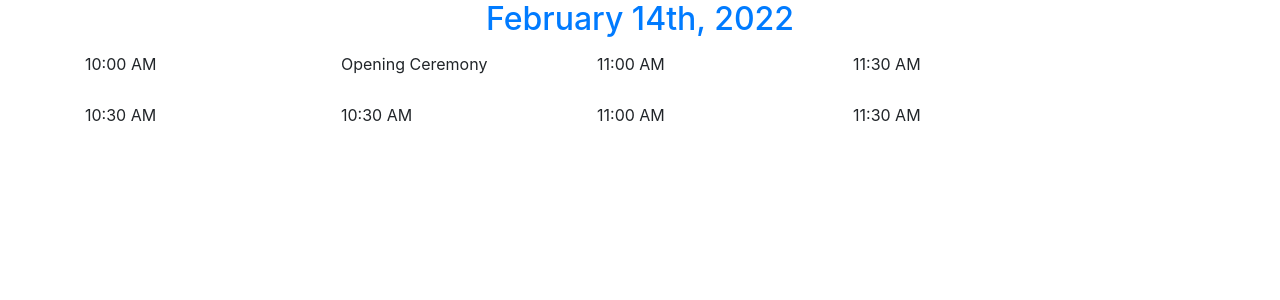
Repository: BaileyLuu/yuHacks2022
Page: public/schedule.html
The author's editor kept a copy of each file at every save. The page is drawn from the files as they stood at one save, then again after the next save.
The browser window is 1280 px wide. The pictures show the whole page.
Some web libraries are served in a nearby version.

Above is the page before, as saved 2021-11-20 12:39:21.

### public/schedule.html
<!DOCTYPE html>
<html lang="en">

<head>
    <meta charset="UTF-8">
    <meta http-equiv="X-UA-Compatible" content="IE=edge">
    <meta name="viewport" content="width=device-width, initial-scale=1.0">

    <script src="https://ajax.googleapis.com/ajax/libs/jquery/3.5.1/jquery.min.js"></script>

    <!-- Popper JS -->
    <script src="https://cdnjs.cloudflare.com/ajax/libs/popper.js/1.12.9/umd/popper.min.js"
        integrity="sha384-ApNbgh9B+Y1QKtv3Rn7W3mgPxhU9K/ScQsAP7hUibX39j7fakFPskvXusvfa0b4Q"
        crossorigin="anonymous"></script>

    <!-- Latest compiled JavaScript -->
    <script src="https://maxcdn.bootstrapcdn.com/bootstrap/4.0.0/js/bootstrap.min.js"
        integrity="sha384-JZR6Spejh4U02d8jOt6vLEHfe/JQGiRRSQQxSfFWpi1MquVdAyjUar5+76PVCmYl"
        crossorigin="anonymous"></script>

    <!-- Latest compiled and minified CSS -->
    <link rel="stylesheet" href="https://maxcdn.bootstrapcdn.com/bootstrap/4.0.0/css/bootstrap.min.css"
        integrity="sha384-Gn5384xqQ1aoWXA+058RXPxPg6fy4IWvTNh0E263XmFcJlSAwiGgFAW/dAiS6JXm" crossorigin="anonymous">

    <!-- AOS CSS Library CDN -->
    <link href="https://unpkg.com/aos@2.3.1/dist/aos.css" rel="stylesheet">
    <!-- Bootstrap Icons -->
    <link rel="stylesheet" href="https://cdn.jsdelivr.net/npm/bootstrap-icons@1.7.0/font/bootstrap-icons.css">



    <script src="https://code.jquery.com/jquery-3.2.1.slim.min.js"
        integrity="sha384-KJ3o2DKtIkvYIK3UENzmM7KCkRr/rE9/Qpg6aAZGJwFDMVNA/GpGFF93hXpG5KkN"
        crossorigin="anonymous"></script>
    <link rel="stylesheet" href="./schedule.css">
    <script src="schedule.js"></script>
    <script src="https://ajax.googleapis.com/ajax/libs/jquery/3.3.1/jquery.min.js"></script>
    <title>yuHacks Schedule</title>
</head>

<body>
    <section class="">
        <div class="container">
            <h2 class="text-primary title text-center">February 14th, 2022</h1>

                <!-- <div class="row row-cols-2">
          <div class="col">Column</div>
          <div class="col">Column</div>
          <div class="col">Column</div>
          <div class="col">Column</div>
          <div class="col">Column</div>
          <div class="col">Column</div>

        </div>
        <div class="row row-cols-2">
            <div class="col">Column</div>
            <div class="col">Column</div>
            <div class="col">Column</div>
            <div class="col">Column</div>
            <div class="col">Column</div>
            <div class="col">Column</div>

          </div> -->
                <div class="schedule-table">



                    <div class="box schedule-time">
                        <div class="schedule-time">10:00 AM</div>
                        <div class="schedule-time">Opening Ceremony</div>
                        <div class="schedule-time">11:00 AM</div>
                        <div class="schedule-time">11:30 AM</div>
                        <!-- <div class="schedule-time">12:00 PM</div>
                        <div class="schedule-time">12:30 PM</div>
                        <div class="schedule-time">01:00 PM</div>
                        <div class="schedule-time">01:30 PM</div>
                        <div class="schedule-time">02:00 PM</div>
                        <div class="schedule-time">02:30 PM</div>
                        <div class="schedule-time">03:00 PM</div>
                        <div class="schedule-time">03:30 PM</div>
                        <div class="schedule-time">04:00 PM</div>
                        <div class="schedule-time">04:30 PM</div>
                        <div class="schedule-time">05:00 PM</div>
                        <div class="schedule-time">05:30 PM</div>
                        <div class="schedule-time">06:00 PM</div>
                        <div class="schedule-time">06:30 PM</div>
                        <div class="schedule-time">07:00 PM</div>
                        <div class="schedule-time">07:30 PM</div>
                        <div class="schedule-time">08:00 PM</div>
                        <div class="schedule-time">08:30 PM</div>
                        <div class="schedule-time">09:00 PM</div>
                        <div class="schedule-time">09:30 PM</div>
                        <div class="schedule-time">10:00 PM</div>
                        <div class="schedule-time">10:30 PM</div>
                        <div class="schedule-time">11:00 PM</div>
                        <div class="schedule-time">11:30 PM</div> -->
                    </div>
                    <div class="box schedule-time">
                        <div class="schedule-time">10:30 AM</div>
                        <div class="schedule-time">10:30 AM</div>
                        <div class="schedule-time">11:00 AM</div>
                        <div class="schedule-time">11:30 AM</div>
                    </div>

                    <!-- <div class="col-md-8">
              <div>Introduction to Github</div>
              <div></div>
              <div>Introduction to Bootstrap</div>
          </div> -->

                </div>
        </div>
    </section>

    <script src="https://cdnjs.cloudflare.com/ajax/libs/jquery/3.6.0/jquery.min.js"
        integrity="sha512-894YE6QWD5I59HgZOGReFYm4dnWc1Qt5NtvYSaNcOP+u1T9qYdvdihz0PPSiiqn/+/3e7Jo4EaG7TubfWGUrMQ=="
        crossorigin="anonymous" referrerpolicy="no-referrer"></script>
    <!-- Option 1: Bootstrap Bundle with Popper -->
    <script src="https://cdn.jsdelivr.net/npm/bootstrap@5.1.3/dist/js/bootstrap.bundle.min.js"
        integrity="sha384-ka7Sk0Gln4gmtz2MlQnikT1wXgYsOg+OMhuP+IlRH9sENBO0LRn5q+8nbTov4+1p"
        crossorigin="anonymous"></script>

    <script src="https://unpkg.com/aos@2.3.1/dist/aos.js"></script>
    <script>
        AOS.init({
            offset: 500,
            duration: 800,
            once: true,
        }

        );
    </script>
</body>

</html>

### public/schedule.css
/* body {
    background-color: #141c3c;
  } */

.schedule-time{
  display:flex;
  flex-direction: column;
  width:20vw;
  height:7vh;
  box-sizing: border-box;
  z-index: 50;
  line-height: 5vh;
  flex-wrap: wrap;

}
.session-box{
  background-image: linear-gradient(120deg, #a1c4fd 0%, #c2e9fb 100%);
  box-shadow: 0 3px 10px rgb(0 0 0 / 0.2);
}
.schedule-table{
  display:flex;
  flex-direction:column;

}
.box>* {
  flex: 1 1 80px;
}

Loaded but not shown: public/schedule.js (no copy from this time; the picture is the same without it)

After the next save:
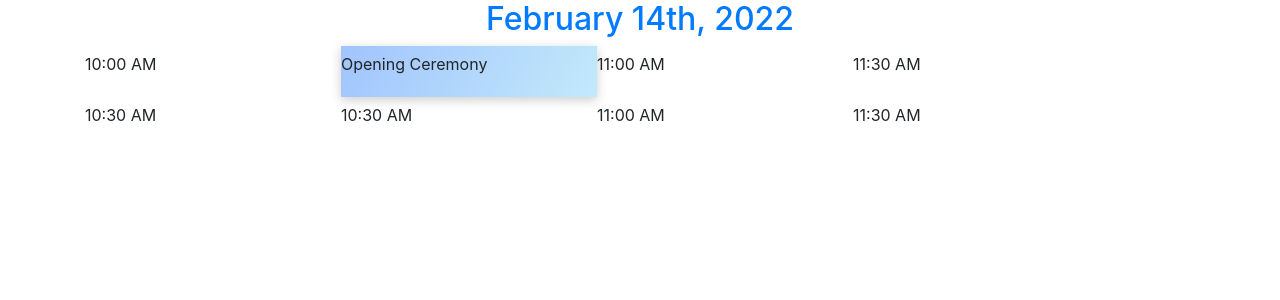
Saved 17 s later.
--- a/public/schedule.html
+++ b/public/schedule.html
@@ -67,7 +67,7 @@
 
                     <div class="box schedule-time">
                         <div class="schedule-time">10:00 AM</div>
-                        <div class="schedule-time">Opening Ceremony</div>
+                        <div class="schedule-time session-box">Opening Ceremony</div>
                         <div class="schedule-time">11:00 AM</div>
                         <div class="schedule-time">11:30 AM</div>
                         <!-- <div class="schedule-time">12:00 PM</div>
